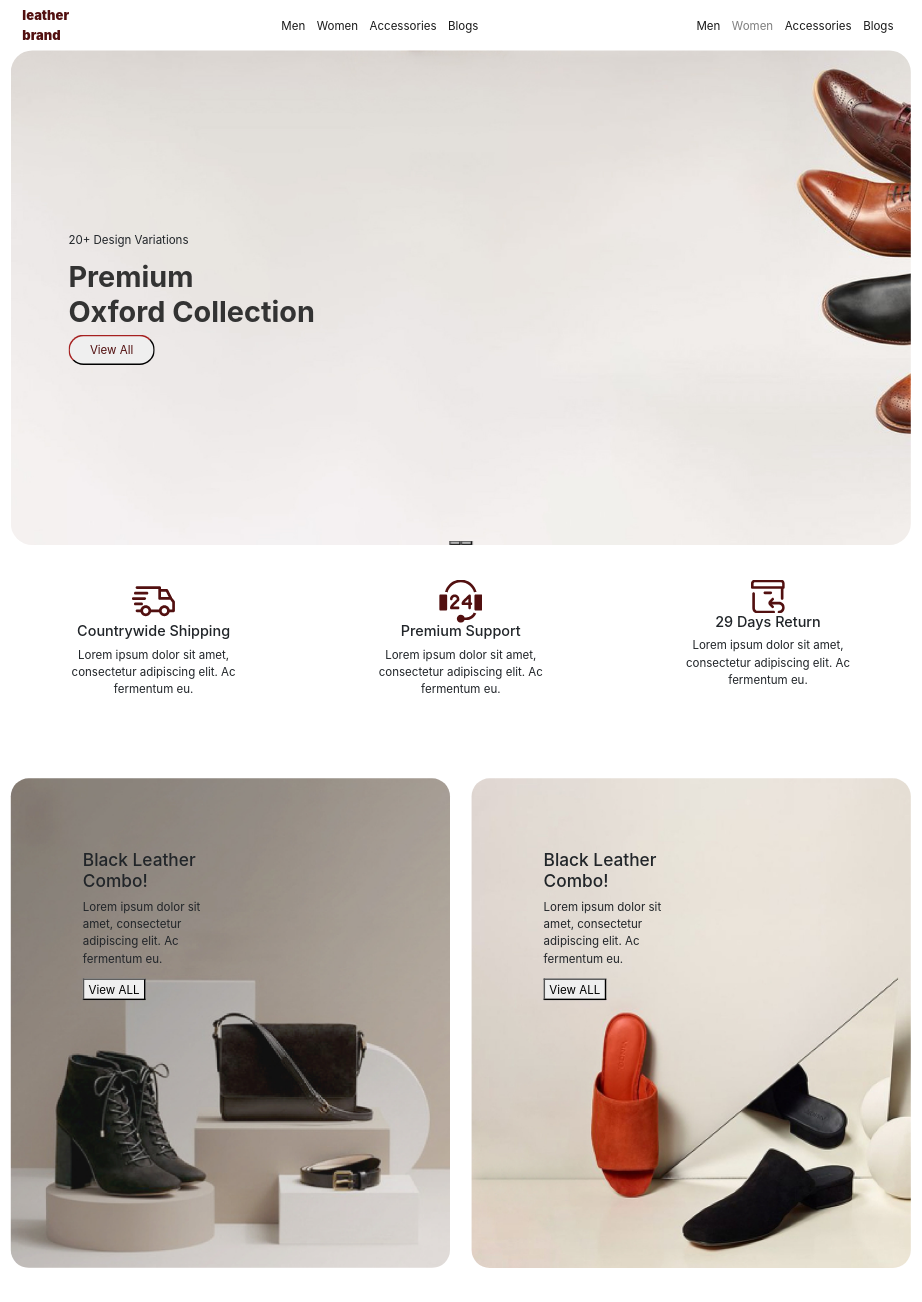
Repository: arif286/fashion-house
Page: /
An editor plug-in stored every save of this project. The page is shown before and after the next save, followed by the edit.
The browser window is 1280 px wide. The pictures show the whole page, at 72% of full size.
The project was rebuilt for these pictures with package versions that can differ from the ones it lists, and the page was loaded fresh each time. The framework's server and built-in components were replaced by stand-ins that run in the browser. Also part of the build but not shown: nuxt.config.js, components/Contact.vue, components/DisplayCollection.vue, components/Footer.vue, components/NuxtLogo.vue, components/Products.vue, components/Tutorial.vue.

Above is the page before, as saved 2021-07-12 05:21:33.

After the next save:
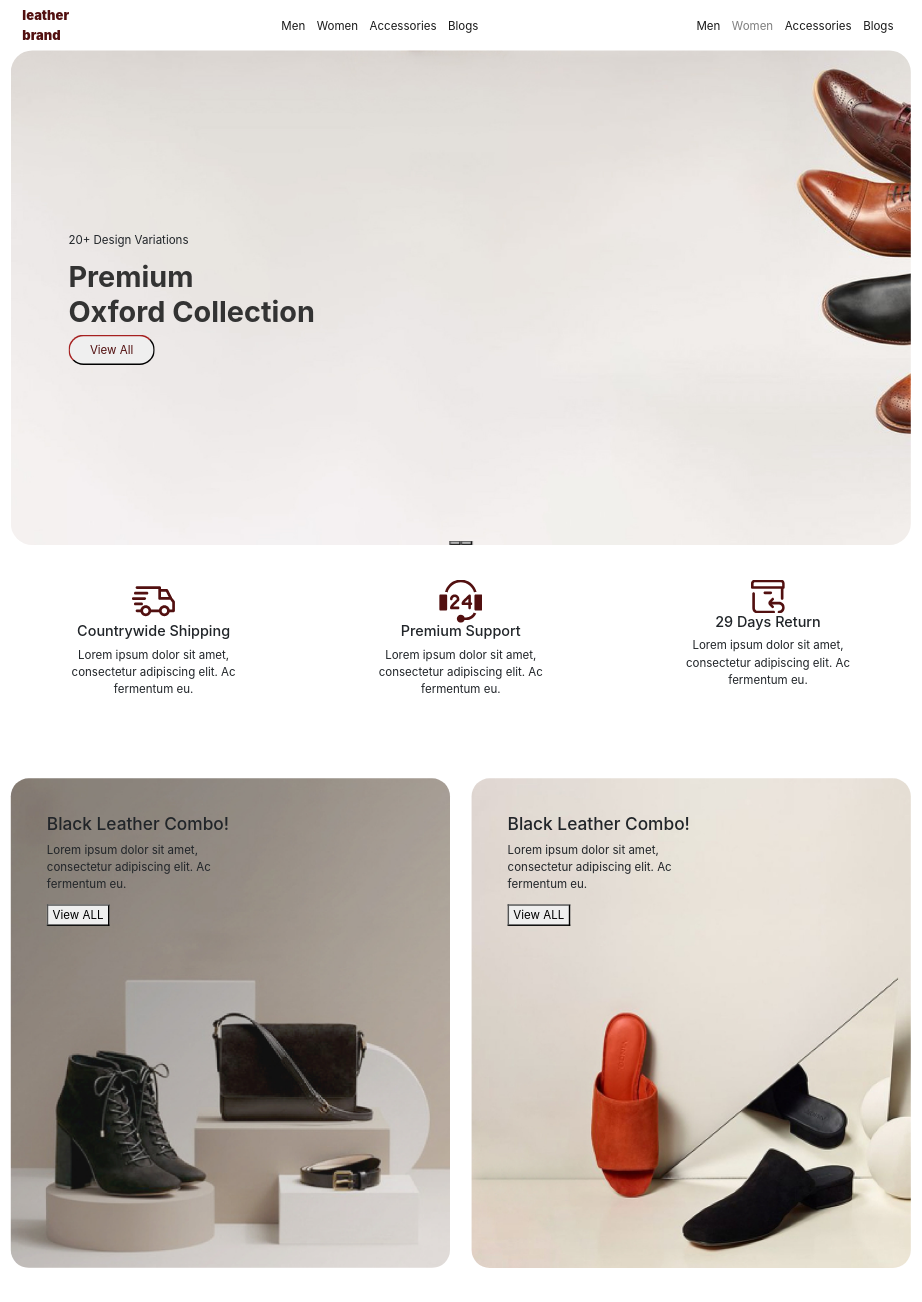
Saved 9 s later.
--- a/components/NewCollection.vue
+++ b/components/NewCollection.vue
@@ -41,7 +41,7 @@ export default {
   border-radius: 25px;
 }
 .card-body {
-  padding: 100px;
+  padding: 50px;
   width: 400px;
 }
 </style>
